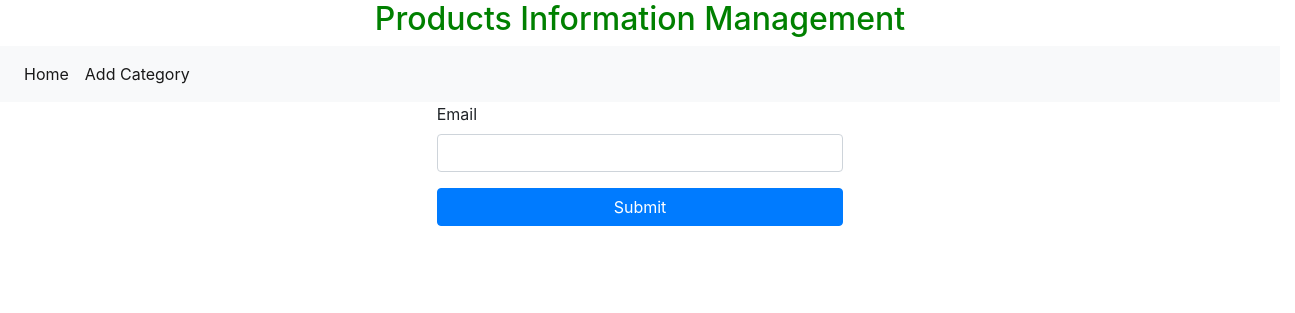
Repository: vipulpatil78/laravel_stuff
Page: http://localhost/forgot-password
These files come from the project's save history. The page is drawn as it stood at one moment and after the next save; the edit follows.
The browser window is 1280 px wide. The page is 1295 px wide, so the pictures cover 1295 px, including what lies to the right of the window. The pictures show the whole page.
The page is served by the project's Laravel application, run on PHP 8.4 with Laravel 10. Other server files are loaded and not shown.

Above is the page before, as saved 2024-02-09 12:02:51.

### routes/web.php
<?php

use App\Http\Controllers\AuthController;
use App\Http\Controllers\ForgotPasswordController;
use Illuminate\Support\Facades\Route;

use App\Http\Controllers\CategoryController;
use App\Http\Controllers\ProductController;
use App\Http\Controllers\TagController;

/*
|--------------------------------------------------------------------------
| Web Routes
|--------------------------------------------------------------------------
|
| Here is where you can register web routes for your application. These
| routes are loaded by the RouteServiceProvider and all of them will
| be assigned to the "web" middleware group. Make something great!
|
*/

Route::get('/', function () {
    return view('welcome');
})->name('welcome');

Route::get('login', [AuthController::class, 'login'])->name('login.user');
Route::post('/user/logout', [AuthController::class, 'logout'])->name('logout');
Route::get('register', [AuthController::class, 'register'])->name('register');
Route::post('register', [AuthController::class, 'createUser'])->name('user.create');
Route::post('login', [AuthController::class, 'loginAuthenticate'])->name('login.auth');
Route::middleware(['auth'])->group(function () {
    Route::resource('categories', CategoryController::class);
    Route::resource('products', ProductController::class);
    Route::resource('tags', TagController::class);
});
Route::get('forgot-password', [ForgotPasswordController::class, 'forgotPassword'])->name('forgotpassword');

Route::post('forgot-password', [ForgotPasswordController::class, 'forgotPasswordPost'])->name('forgot.password');

### app/Http/Controllers/ForgotPasswordController.php
<?php

namespace App\Http\Controllers;

use Illuminate\Contracts\View\View;
use Illuminate\Http\RedirectResponse;
use Illuminate\Http\Request;

class ForgotPasswordController extends Controller
{
    public function forgotPassword() : View {
        return view('auth.forgot-password');
    }

    public function forgotPasswordPost(Request $request) : RedirectResponse {

    }
}

### resources/views/auth/forgot-password.blade.php
@extends('layouts.app')
    @section('content')
        <div class="row">
            <div class="col-md-4" ></div>
            <div class="col-md-4 justity-content-center">
                <form action={{ route('forgot.password') }} method=POST>
                    <div class="form-group">
                        @if(Session::has('status'))
                            <div class="alert alert-success" role="alert">
                                {{ Session::get('status') }}
                            </div>
                        @endif
                        @if(Session::has('error'))
                            <div class="alert alert-danger" role="alert">
                                {{ Session::get('error') }}
                            </div>
                        @endif
                        @csrf
                        <div class="mb-3">
                            <label for="username" class="form-label">Email</label>
                            <input type="email" class="form-control" id="email" name="email" value="{{ old('email') }}">
                            @error('email')
                                <div class="error">{{ $message }}</div>
                            @enderror
                        </div>
                        <button type="submit" class="btn btn-primary" style="width:100%">Submit</button>
                    </div>
                </form>
            </div>
        </div>
    @endsection

### resources/views/layouts/app.blade.php
<!DOCTYPE html>
<html lang="en">
<head>
    <meta charset="UTF-8">
    <title>Product Info Management</title>
    <link rel="stylesheet" href="https://stackpath.bootstrapcdn.com/bootstrap/4.5.2/css/bootstrap.min.css" >
    <script src="https://code.jquery.com/jquery-3.5.1.slim.min.js"></script>
    <script src="https://stackpath.bootstrapcdn.com/bootstrap/4.5.2/js/bootstrap.min.js"></script>
    <style>
        .error {
            color:red;
        }
    </style>
</head>
<body>
    <div class="row">
        <div class="col-lg-12 margin-tb">
            <div style="text-align:center;color:green;">
                <h2>Products Information Management</h2>
            </div>
            <nav class="navbar navbar-expand-lg navbar-light bg-light">
                <div class="collapse navbar-collapse" id="navbarNav">
                    <ul class="navbar-nav">
                        <li class="nav-item active">
                            <a class="nav-link" href="{{ route('categories.index') }}">Home</a>
                        </li>
                        <li class="nav-item active">
                            <a class="nav-link" href="{{ route('categories.create') }}">Add Category</a>
                        </li>
                        @auth
                            <li class="nav-item active">
                                <form action={{ route('logout') }} method=POST>
                                    @csrf
                                    <button>Logout</button>
                                </form>
                            </li>
                            <li class="nav-item active">
                                <p>Welcome {{ Auth::user()->name }}</p>
                            </li>
                        @endauth
                    </ul>
                </div>
            </nav>
        </div>
    </div>
    @yield('content')
</body>

Loaded but not shown: app/Http/Controllers/Controller.php (common file)

After the next save:
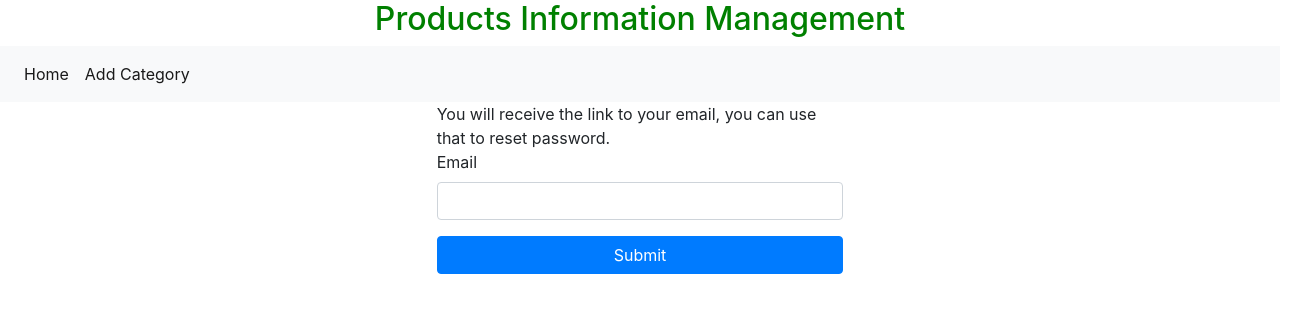
Saved 5 min 16 s later.
--- a/resources/views/auth/forgot-password.blade.php
+++ b/resources/views/auth/forgot-password.blade.php
@@ -4,6 +4,7 @@
             <div class="col-md-4" ></div>
             <div class="col-md-4 justity-content-center">
                 <form action={{ route('forgot.password') }} method=POST>
+                    <div> You will receive the link to your email, you can use that to reset password.</div>
                     <div class="form-group">
                         @if(Session::has('status'))
                             <div class="alert alert-success" role="alert">
